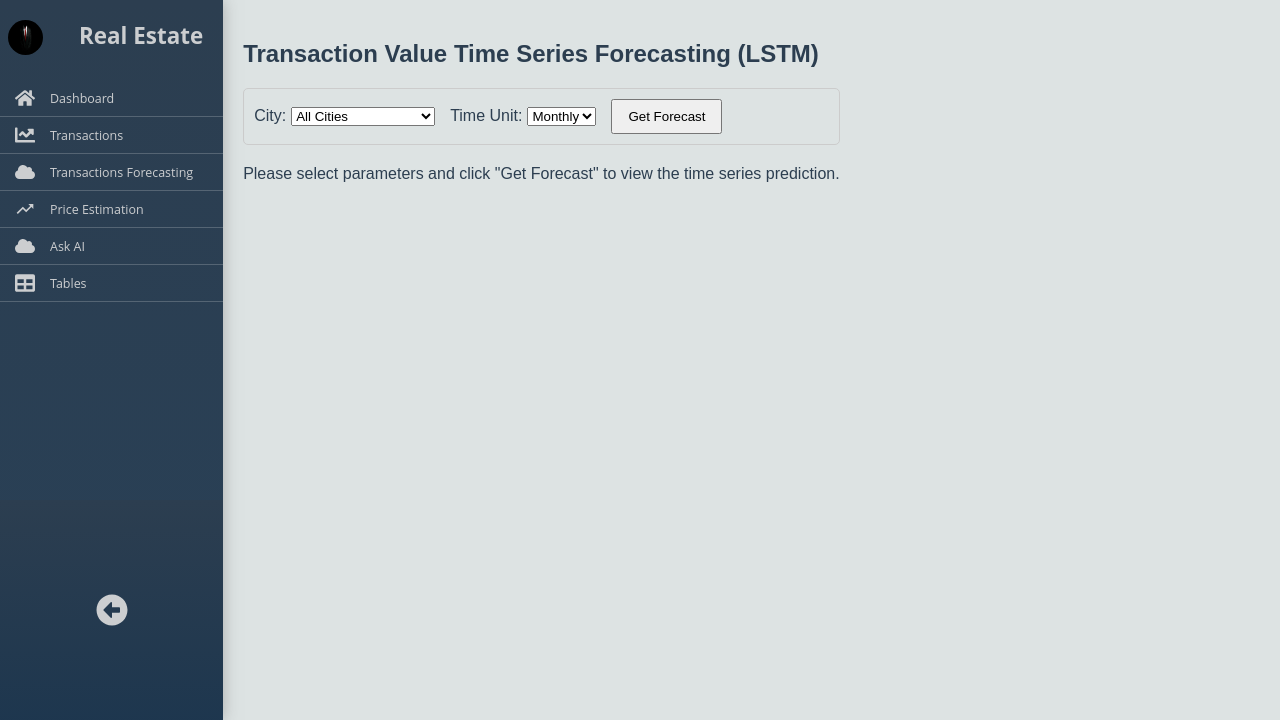
Repository: ZainabJammal/real-estate-system
Page: /transactions_forecasting (app in frontend/)
An editor plug-in stored every save of this project. The page is shown before and after the next save, followed by the edit.
The browser window is 1280 px wide. The pictures show the whole page.
The project was rebuilt for these pictures with package versions that can differ from the ones it lists, and the page was loaded fresh each time. Also part of the build but not shown: frontend/vite.config.js, frontend/src/Components/CustomCard/Custom.css, frontend/src/Components/CustomCard/Custom.jsx, frontend/src/Components/BarChart/BarChartComponent.css, frontend/src/Components/BarChart/BarChartComponent.jsx, frontend/src/Components/MainCard/MainCard.css, frontend/src/Components/MainCard/MainCard.jsx, frontend/src/Functions/apiLogic.js and 16 more.

Above is the page before, as saved 2025-06-09 19:54:18.

### frontend/index.html
<!DOCTYPE html>
<html lang="en">
  <head>
    <meta charset="UTF-8" />
    <link rel="icon" type="image/svg+xml+png+jpg" href="./src/images/2.png" />
    <link
      rel="stylesheet"
      href="https://unpkg.com/leaflet@1.9.4/dist/leaflet.css"
      integrity="sha256-p4NxAoJBhIIN+hmNHrzRCf9tD/miZyoHS5obTRR9BMY="
      crossorigin=""
    />
    <meta name="viewport" content="width=device-width, initial-scale=1.0" />
    <title>Real Estate</title>
  </head>
  <body>
    <div id="root"></div>
    <script type="module" src="/src/main.jsx"></script>
    <script
      src="https://unpkg.com/leaflet@1.9.4/dist/leaflet.js"
      integrity="sha256-20nQCchB9co0qIjJZRGuk2/Z9VM+kNiyxNV1lvTlZBo="
      crossorigin=""
    ></script>
  </body>
</html>

### frontend/src/index.css
:root {
  /* Primary Colors */
  --primary-deep-blue: #2c3e50;
  --primary-deep-blue-p: #1d364ef0;
  --primary-cool-gray: #95a5a6;

  /* Secondary Colors */
  --secondary-emerald-green: #358f5a78;
  --secondary-amber-gold: #f1c71e;
  --secondary-light-navy: #2a67a4a1;

  /* Background Colors */
  --background-soft-white: #dde3e3;
  --background-light-gray-f: #ccced0;
  --background-light-gray-p: #bdc3c749;
  --background-light-white-p: #eaeef6de;

  /* Action Colors */
  --action-cyan-blue: #1abc9c;
  --action-crimson-red: #e74c3c;
}

body,
html {
  height: 100%;
  overflow: hidden;
  box-sizing: border-box;
  margin: 0;
  padding: 0;
  color: var(--primary-deep-blue);
  font-family: Cantarell, "Open Sans", "Helvetica Neue", sans-serif;
}

#root {
  height: 100%;
  box-sizing: border-box;
}

### frontend/src/App.jsx
import { useState } from "react";
import { BrowserRouter as BR, Router, Route, Routes } from "react-router-dom";
import "./App.css";
import Sidebar from "./Components/Sidebar/Sidebar";
import Dashboard from "./Pages/Dashboard/Dashboard";
import Transactions from "./Pages/Dashboard/Transactions";
import Tables from "./Pages/Dashboard/Tables";
// import Ask_AI from "./Pages/Dashboard/Ask_AI";
import { QueryClient, QueryClientProvider } from "@tanstack/react-query";
import ChatAssistant from "./Pages/ChatAssistant";
import TransactionsForecasting from "./Pages/TransactionsForecasting";
import PriceEstimation from "./Pages/PriceEstimation";

const queryClient = new QueryClient();

function App() {
  return (
    <QueryClientProvider client={queryClient}>
      <BR>
        <div className="app">
          <Sidebar />

          <Routes>
            <Route path="/" element={<Dashboard />} />
            <Route path="/transactions" element={<Transactions />} />
            {/* <Route path="/ask_ai" element={<Ask_AI />} /> */}
            <Route path="/transactions_forecasting" element={<TransactionsForecasting />} />
            <Route path="/Current_Price_Estimation" element={<PriceEstimation />} />
            <Route path="/chatbot" element={<ChatAssistant />} />
            <Route path="/tables" element={<Tables />} />
          </Routes>
        </div>
      </BR>
    </QueryClientProvider>
  );
}

export default App;

### frontend/src/App.css
.app {
  height: 100%;
  margin: auto;
  box-sizing: border-box;
  background-color: var(--background-soft-white);
  position: relative;

  display: flex;
  h1 {
    margin: 0;
  }
}

### frontend/src/Components/Sidebar/Sidebar.jsx
import React, { useState } from "react";
import "./Sidebar.css";
import Name from "../NameCard/Name";
import Menu from "../MenuCard/Menu";
import { FaArrowAltCircleLeft } from "react-icons/fa";

function Sidebar() {
  const [isMinimized, setMinimized] = useState(false);
  const toggleSidebar = () => {
    setMinimized((prev) => !prev);
  };
  return (
    <div className={`sidebar ${isMinimized ? "minimized" : ""}`}>
      <div className="navmenu">
        <Name isMinimized={isMinimized} />
        <Menu isMinimized={isMinimized} />
      </div>
      <div className="logout-container">
        <div className={`logout ${isMinimized ? "minimized" : ""}`}>
          <FaArrowAltCircleLeft onClick={toggleSidebar} />
        </div>
      </div>
    </div>
  );
}

export default Sidebar;

### frontend/src/Pages/TransactionsForecasting.jsx
// TimeSeriesForecasting.jsx (Updated for 5-Year Forecasting)

import { useQuery } from '@tanstack/react-query';
import { Line } from 'react-chartjs-2';
import React, { useState } from "react";
import {
  Chart as ChartJS,
  CategoryScale,
  LinearScale,
  PointElement,
  LineElement,
  Title,
  Tooltip,
  Legend,
} from 'chart.js';

ChartJS.register(
  CategoryScale,
  LinearScale,
  PointElement,
  LineElement,
  Title,
  Tooltip,
  Legend
);

const TimeSeriesForecasting = () => {
  const predefinedCities = ["", "Baabda, Aley, Chouf", "Beirut", "Bekaa", "Kesrouan, Jbeil", "Tripoli, Akkar"];
  const [selectedCity, setSelectedCity] = useState(predefinedCities[0]);
  const [granularity, setGranularity] = useState('M');

  const fetchTransactionPredictions = async (cityForApi, granularityForApi) => {
    const params = {
      city_name: cityForApi === "" ? null : cityForApi,
      granularity: granularityForApi,
    };
    console.log("Attempting to fetch Transaction LSTM predictions with params:", params);
    const response = await fetch('/api/predict_transaction_timeseries', {
      method: 'POST',
      headers: { 'Content-Type': 'application/json' },
      body: JSON.stringify(params),
    });
    if (!response.ok) {
      const errorData = await response.json().catch(() => ({ error: 'Failed to parse error response' }));
      throw new Error(errorData.error || `HTTP error! status: ${response.status}`);
    }
    return response.json();
  };

  const {
    data: predictionChartData,
    isLoading: isLoadingPredictions,
    error: predictionError,
    refetch: refetchPredictions,
    isFetching: isFetchingPredictions
  } = useQuery({
    queryKey: ['transaction_lstm_predictions', selectedCity, granularity],
    queryFn: () => {
      if (!selectedCity && selectedCity !== "") return;
      return fetchTransactionPredictions(selectedCity, granularity);
    },
    enabled: false,
    retry: false,
    onSuccess: (data) => console.log("✅ Forecast received (frontend):", data),
    onError: (err) => console.error("Error fetching Transaction LSTM prediction data:", err.message)
  });

  const handleSubmit = (e) => {
    e.preventDefault();
    refetchPredictions();
  };

  let chartData = { labels: [], datasets: [] };
  if (predictionChartData?.historical && predictionChartData?.forecast) {
    chartData = {
      labels: [
        ...predictionChartData.historical.map(item => item.ds),
        ...predictionChartData.forecast.map(item => item.ds),
      ],
      datasets: [
        {
          label: 'Historical Transaction Value',
          data: predictionChartData.historical.map(item => item.y),
          borderColor: 'rgb(53, 162, 235)',
          backgroundColor: 'rgba(53, 162, 235, 0.5)',
          tension: 0.1
        },
        {
          label: 'Predicted Transaction Value (5-Year Forecast)',
          data: [
            ...Array(predictionChartData.historical.length).fill(null),
            ...predictionChartData.forecast.map(item => item.y)
          ],
          borderColor: 'rgb(255, 99, 132)',
          backgroundColor: 'rgba(255, 99, 132, 0.5)',
          tension: 0.1
        },
      ],
    };
  }

  const chartOptions = {
    responsive: true,
    maintainAspectRatio: false,
    plugins: {
      title: {
        display: true,
        text: 'Historical and 5-Year Forecasted Transaction Values',
        font: { size: 18 }
      },
      legend: {
        display: true,
        position: 'top'
      },
      tooltip: {
        mode: 'index',
        intersect: false
      }
    },
    scales: {
      x: {
        title: {
          display: true,
          text: 'Date'
        },
        ticks: {
          maxRotation: 45,
          minRotation: 30,
          autoSkip: true,
          maxTicksLimit: 25
        }
      },
      y: {
        title: {
          display: true,
          text: 'Transaction Value'
        },
        beginAtZero: false
      }
    }
  };

  return (
    <div className="prediction-container" style={{ padding: '20px', fontFamily: 'Arial, sans-serif' }}>
      <h2>Transaction Value Time Series Forecasting (LSTM)</h2>
      <form onSubmit={handleSubmit} style={{ marginBottom: '20px', display: 'flex', flexWrap: 'wrap', gap: '15px', alignItems: 'center', padding: '10px', border: '1px solid #ccc', borderRadius: '5px' }}>
        <div className="form-group">
          <label htmlFor="selectedCity" style={{ marginRight: '5px' }}>City:</label>
          <select
            id="selectedCity"
            value={selectedCity}
            onChange={(e) => setSelectedCity(e.target.value)}
          >
            {predefinedCities.map((city) => (
              <option key={city || 'all-cities-option'} value={city}>
                {city || 'All Cities'}
              </option>
            ))}
          </select>
        </div>

        <div className="form-group">
          <label htmlFor="granularity" style={{ marginRight: '5px' }}>Time Unit:</label>
          <select id="granularity" value={granularity} onChange={(e) => setGranularity(e.target.value)}>
            <option value="M">Monthly</option>
            <option value="Y">Yearly</option>
          </select>
        </div>

        <button
          type="submit"
          disabled={isLoadingPredictions || isFetchingPredictions}
          style={{ padding: '8px 15px', cursor: (isLoadingPredictions || isFetchingPredictions) ? 'not-allowed' : 'pointer' }}
        >
          {isLoadingPredictions || isFetchingPredictions ? 'Predicting...' : 'Get Forecast'}
        </button>
      </form>

      {(isLoadingPredictions || isFetchingPredictions) && <p>Loading predictions...</p>}
      {predictionError && <p className="error" style={{ color: 'red' }}>Error fetching predictions: {predictionError.message}</p>}

      {predictionChartData?.historical && predictionChartData?.forecast && (
        <div className="results" style={{ marginTop: '20px' }}>
          <p>Displaying chart for: City: <strong>{selectedCity || 'All'}</strong>, Granularity: <strong>{granularity === 'M' ? 'Monthly' : granularity === 'Y' ? 'Yearly' : granularity}</strong></p>
          <div className="chart-container" style={{ position: 'relative', height: '600px', width: '100%', margin: 'auto' }}>
            <Line options={chartOptions} data={chartData} />
          </div>
        </div>
      )}

      {!predictionChartData && !isLoadingPredictions && !isFetchingPredictions && !predictionError && (
        <p style={{ marginTop: '20px' }}>Please select parameters and click "Get Forecast" to view the time series prediction.</p>
      )}
    </div>
  );
};

export default TimeSeriesForecasting;

### frontend/src/Components/Sidebar/Sidebar.css
.sidebar {
  flex: 0 0 190px;
  display: flex;
  flex-direction: column;
  height: 100%;
  /* background-color: var(--primary-deep-blue); */
  background-image: linear-gradient(
    to bottom,
    var(--primary-deep-blue),
    var(--primary-deep-blue-p)
  );
  margin: 0;
  justify-content: space-between;
  box-sizing: border-box;
  box-shadow: 0px 0px 15px rgba(128, 128, 128, 0.562);
  z-index: 10;
}

.sidebar.minimized {
  flex: 0 0 20px;
}

.navmenu {
  flex: 3;
  overflow: hidden;
}

.logout-container {
  flex: 0 0 220px;
  display: flex;
  justify-content: center;
  align-items: center;
  padding: 5px;
  flex-direction: column;
  height: 100%;
  /* background-color: var(--primary-deep-blue); */
  background-image: linear-gradient(
    to bottom,
    var(--primary-deep-blue),
    var(--primary-deep-blue-p)
  );
  margin: 0;
  box-sizing: border-box;
  transition: flex-basis 0.3s ease-in-out;
}

.logout {
  width: 100%;
  display: flex;
  justify-content: center;
  align-items: center;
  font-size: 2rem;
  color: var(--background-light-gray-f);
  &:hover {
    cursor: pointer;
    color: var(--background-soft-white);
  }
  transition: transform 0.3s ease-in-out;
}

.logout.minimized {
  transform: rotate(180deg);
}

@media (max-width: 768px) {
  .sidebar {
    transform: translateX(-100%);
    position: absolute;
    transition: transform 0.3s ease;
  }
}

### frontend/src/Components/NameCard/Name.jsx
import React from "react";
import "./Name.css";

function Name({ isMinimized = false }) {
  return (
    <ul className={`name ${isMinimized ? "minimized" : ""}`}>
      <li>
        <img src="../src/images/1.jpg" alt="avatar.png" />
      </li>
      {isMinimized ? (
        ""
      ) : (
        <li>
          <h1>Real Estate</h1>
        </li>
      )}
    </ul>
  );
}

export default Name;

### frontend/src/Components/MenuCard/Menu.jsx
import React, { useEffect, useState } from "react";
import "./Menu.css";
import {
  FaChartArea,
  FaCloud,
  FaFileContract,
  FaHome,
  FaLightbulb,
  FaList,
  FaPage4,
  FaPaperPlane,
  FaPhoneAlt,
} from "react-icons/fa";
import { Link, useLocation } from "react-router-dom";
import { menu_paths } from "../../Functions/getPages";

function Menu({ isMinimized = false }) {
  const path = useLocation();
  const [activePage, setActivePage] = useState(null);

  function handleClick(path) {
    setActivePage(path);
  }

  useEffect(() => {
    setActivePage(path.pathname);
  }, [path]);

  return (
    <div className="section">
      <ul className={`item-list ${isMinimized ? "minimized" : ""}`}>
        {menu_paths.map((path, _idx) => (
          <Link
            to={path.path}
            key={_idx}
            style={{ textDecoration: "none", color: "inherit" }}
          >
            <li
              className={`item ${isMinimized ? "minimized" : ""} ${
                activePage === path.path ? "clicked" : ""
              }`}
              aria-label={path.name}
              onClick={() => handleClick(path.path)}
            >
              <path.icon size={"20px"} className="menu-icon" />
              {!isMinimized && <span className="menu-text">{path.name}</span>}
            </li>
          </Link>
        ))}
      </ul>
    </div>
  );
}

export default Menu;

### frontend/src/Pages/Dashboard/Page_Layout.css
.dashboard-layout {
  flex: 1 0;
  width: 100%;
  background-color: var(--background-soft-white);
  padding: 8px 0;
  display: flex;
  flex-direction: column;
  position: relative;
  transition: flex-basis 0.3s ease;
}
.dashboard-content {
  width: 100%;
  display: flex;
  flex-direction: column;
  overflow-y: auto;
  transition: all 0.3s ease;
  .title {
    display: flex;
    justify-content: space-between;
    align-items: center;
    margin: 0 25px;
    padding: 10px 0 10px 0;
    border-bottom: 2px solid var(--background-light-gray-f);
    z-index: 99;
    font-size: 0.75rem;
    button {
      display: flex;
      align-items: center;
      justify-content: center;
      outline: none;
      border: 0px solid;
      background-color: var(--primary-light-navy);
      box-shadow: 0px 0px 2px 0.5px;
      padding: 5px;
      margin-right: 10px;
      font-size: 1.5rem;
      &:hover {
        cursor: pointer;
        box-shadow: 0px 0px 5px 1px var(--primary-cool-gray);
      }
      transition: 0.2s all ease;
    }
  }
}

.dashboard-components {
  display: grid;
  /* grid-template-columns: 1fr 1fr; */
  gap: 20px;
  /* padding: 25px; */
  margin: 10px 25px;
  position: relative;
  max-width: 100%;
}

.section {
  position: relative;
  display: flex;
  flex-direction: column;
  > h1 {
    padding: 20px 25px 0px 30px;
    box-sizing: border-box;
    font-size: 1.2rem;
  }
}

.loader {
  animation: spin 1s linear infinite;
}
.center {
  position: absolute;
  z-index: 999;
  top: -35px;
  right: 50px;
}

.dashboard-flex {
  margin: 0;
  display: flex;
}

@keyframes spin {
  0% {
    transform: rotate(0deg);
  }
  100% {
    transform: rotate(360deg);
  }
}

.main-cards {
  max-width: 100%;
  padding: 0px 35px 0px 15px;
  display: grid;
  gap: 20px;
  grid-template-columns: 1fr 1fr 1fr 1fr;
  box-sizing: border-box;

  .card:nth-child(1) {
    padding: 10px;
    width: 100%;
  }
  .card:nth-child(2) {
    padding: 10px;
    width: 100%;
  }
  .card:nth-child(3) {
    padding: 10px;
    width: 100%;
  }
  .card:nth-child(4) {
    padding: 10px;
    width: 100%;
  }
}

.grid-1 {
  grid-template-columns: 1fr;
}

.grid-2 {
  grid-template-columns: 1fr 1fr;
}

.grid-3 {
  grid-template-columns: 1fr 1fr 1fr;
}

.grid-4 {
  grid-template-columns: 1fr 1fr 1fr 1fr;
}

.form-card {
  padding: 20px;
  background-color: var(--background-light-white-p);
  box-shadow: 0 0 1px 0px rgba(0, 0, 0, 0.563);
  border-radius: 5px;
  display: grid;
  grid-template-columns: 1fr 2fr;
  overflow: hidden;
  form {
    height: 100%;
    width: 100%;
    div {
      display: grid;
      grid-template-columns: 1fr 1fr;
      align-items: center;
      input {
        outline: none;
        border: 0;
        border-radius: 5px;
        box-shadow: 0 0 1px 0;
        padding: 5px 15px;
        font-family: Cantarell, "Open Sans", "Helvetica Neue", sans-serif;
      }
      select {
        outline: none;
        border: 0;
        border-radius: 5px;
        box-shadow: 0 0 1px 0;
        padding: 5px 15px;
        font-family: Cantarell, "Open Sans", "Helvetica Neue", sans-serif;
        font-weight: 700;
      }
    }
    button {
      margin: 15px 0px;
      outline: none;
      border: 0;
      box-shadow: 0 0 1px 0.5px rgba(0, 0, 0, 0.325);
      padding: 15px 30px;
      border-radius: 3px;
      font-family: Cantarell, "Open Sans", "Helvetica Neue", sans-serif;
      &:hover {
        box-shadow: 0 0 1px 0.5px rgba(0, 0, 0, 0.586);
        background-color: rgba(0, 255, 255, 0.207);
      }
      transition: 0.5s all ease;
    }
  }
  .price-region {
    display: flex;
    align-items: center;
    justify-content: center;
    transition: 1s all ease;
    margin: 50px;
    border-radius: 15px;
    background-color: rgba(244, 244, 244, 0.456);
    h2 {
      display: flex;
      align-items: center;
      justify-content: center;
      transition: 1s all ease;
      width: 100%;
      h3 {
        padding: 0 12px;
        font-size: 2rem;
      }
    }
  }
}

@media (max-width: 1024px) {
  .main-cards {
    grid-template-columns: 1fr 1fr;
    gap: 20px;
  }
  .dashboard-components {
    grid-template-columns: 1fr;
  }
}

@media (max-width: 550px) {
  .form-card {
    grid-template-columns: 1fr;
  }
  .section .main-cards {
    grid-template-columns: 1fr;
    gap: 20px;
  }
  .dashboard-components {
    grid-template-columns: 1fr;
  }
}

### frontend/src/Components/NameCard/Name.css
.name {
  display: flex;
  justify-content: space-between;
  box-sizing: border-box;
  padding: 20px 5px 20px 8px;
  margin: 0;
  white-space: nowrap;
  overflow: hidden;

  h1 {
    font-size: 1.4rem;
    color: var(--background-light-gray-f);
    padding-right: 15px;
    &:hover {
      cursor: pointer;
      color: var(--secondary-amber-gold);
    }
  }

  img {
    width: 35px;
    height: 35px;
    margin: 0;
    border-radius: 100%;
    box-sizing: border-box;
    position: relative;
  }
  transition: all 0.3s ease-in-out;
}

### frontend/src/Components/MenuCard/Menu.css
.section {
  display: flex;
  flex-direction: column;
  margin: 0;
  padding: 0;
}

ul {
  list-style-type: none;
  padding: 0;
  position: relative;

  li {
    align-items: center;
  }
}

.item {
  position: relative;
  border-bottom: 1px solid var(--background-light-gray-p);
  padding: 8px 15px;
  box-sizing: border-box;
  font-size: 0.78rem;
  text-align: center;
  display: flex;
  &:hover {
    cursor: pointer;
    background-color: var(--background-light-gray-f);
    color: var(--primary-deep-blue);
  }
  span {
    padding: 0 15px;
  }
  transition: transform 0.155s ease-in-out;
}

.item-list {
  display: flex;
  flex-direction: column;
  margin: 0;
  box-sizing: border-box;
  white-space: nowrap;
  color: var(--background-light-gray-f);
  flex: 2;
  transition: all 0.8s ease;
  position: relative;
}

.item-list.minimzed {
  white-space: nowrap;
  overflow: hidden;
}

.menu-icon {
  position: relative;
  transition: transform 0.3s ease; /* Optional: Smooth icon scaling */
}

.menu-text {
  opacity: 1;
  visibility: visible;
  transition: opacity 0.3s ease, visibility 0.3s ease;
}

.item.minimized .menu-text {
  opacity: 0;
  visibility: hidden;
}

.item.minimized .menu-icon {
  position: relative;
  padding: 0;
  margin: 0;
}

.item.clicked {
  background-color: #162738d7;
  &:hover {
    color: white;
  }
  transition: all 0.3s ease;
}

.item.clicked::before {
  content: "";
  position: absolute;
  top: 0;
  left: 0;
  bottom: 0;
  width: 3px;
  background-color: #2a67a4;
  color: var(--background-light-gray-f);
  transition: transform 0.5s ease-in-out;
}

### frontend/src/Functions/getPages.js
import { FaCloud, FaHome, FaChartLine, FaTable } from "react-icons/fa";
import {  MdTrendingUp } from "react-icons/md";

const menu_paths = [
  {
    name: "Dashboard",
    path: "/",
    icon: FaHome,
  },
  {
    name: "Transactions",
    path: "/transactions",
    icon: FaChartLine,
  },
  {
    name: "Transactions Forecasting",
    path: "/Transactions_Forecasting",
    icon: FaCloud,
  },
  {
    name: "Price Estimation",
    path: "/Current_Price_Estimation",
    icon: MdTrendingUp,
  },
  {
    name: "Ask AI",
    path: "/chatbot",
    icon: FaCloud,
  },
  {
    name: "Tables",
    path: "/tables",
    icon: FaTable,
  },
];

export { menu_paths };

Loaded but not shown: frontend/src/main.jsx (common file)

After the next save:
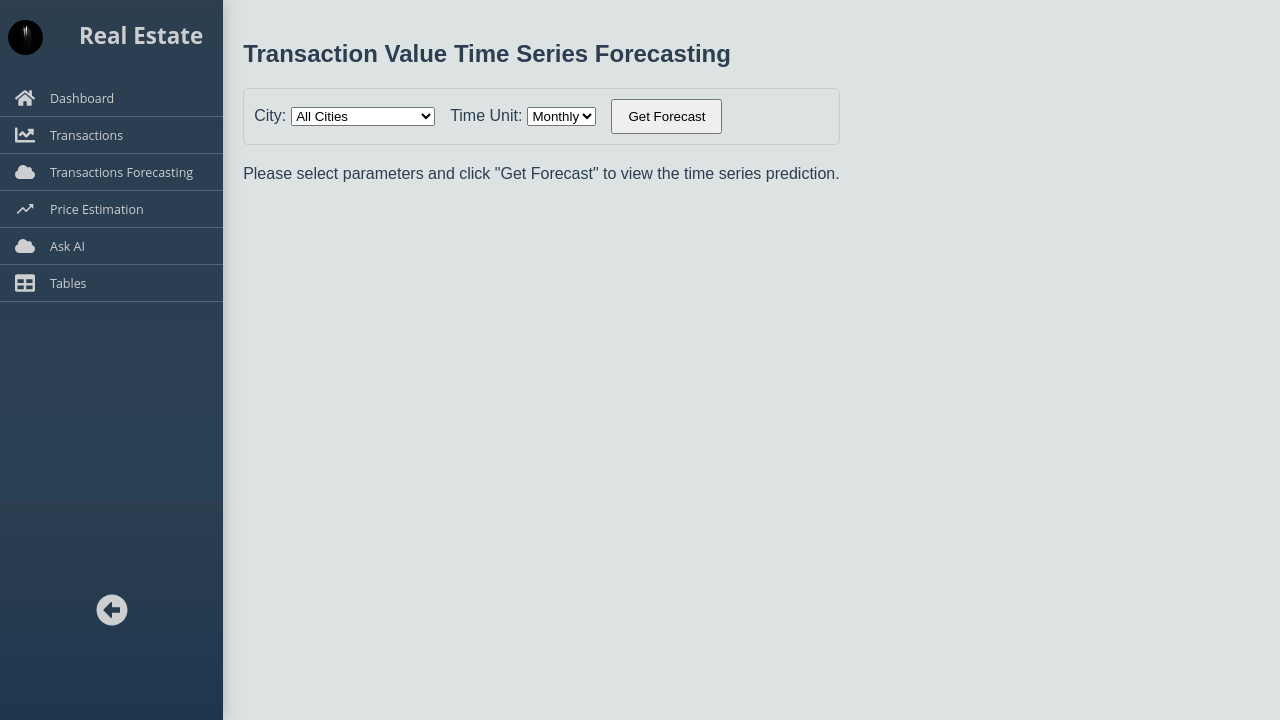
Saved 18 h 38 min later.
--- a/frontend/src/Pages/TransactionsForecasting.jsx
+++ b/frontend/src/Pages/TransactionsForecasting.jsx
@@ -142,7 +142,7 @@ const TimeSeriesForecasting = () => {
 
   return (
     <div className="prediction-container" style={{ padding: '20px', fontFamily: 'Arial, sans-serif' }}>
-      <h2>Transaction Value Time Series Forecasting (LSTM)</h2>
+      <h2>Transaction Value Time Series Forecasting</h2>
       <form onSubmit={handleSubmit} style={{ marginBottom: '20px', display: 'flex', flexWrap: 'wrap', gap: '15px', alignItems: 'center', padding: '10px', border: '1px solid #ccc', borderRadius: '5px' }}>
         <div className="form-group">
           <label htmlFor="selectedCity" style={{ marginRight: '5px' }}>City:</label>
